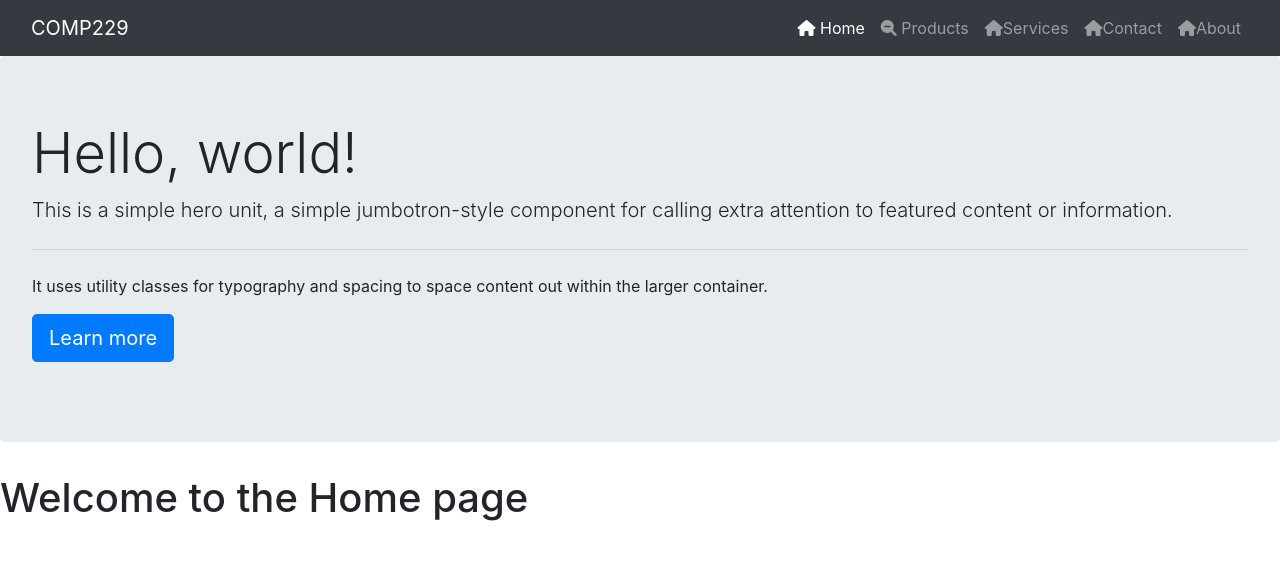
Repository: arsh16/week3_demo2
Page: http://localhost/
The author's editor kept a copy of each file at every save. The page is drawn from the files as they stood at one save, then again after the next save.
The browser window is 1280 px wide. The pictures show the whole page.
Some web libraries are served in a nearby version. The page is served by the project's Node server (server.js).

Above is the page before, as saved 2021-09-30 11:39:49.

After the next save:
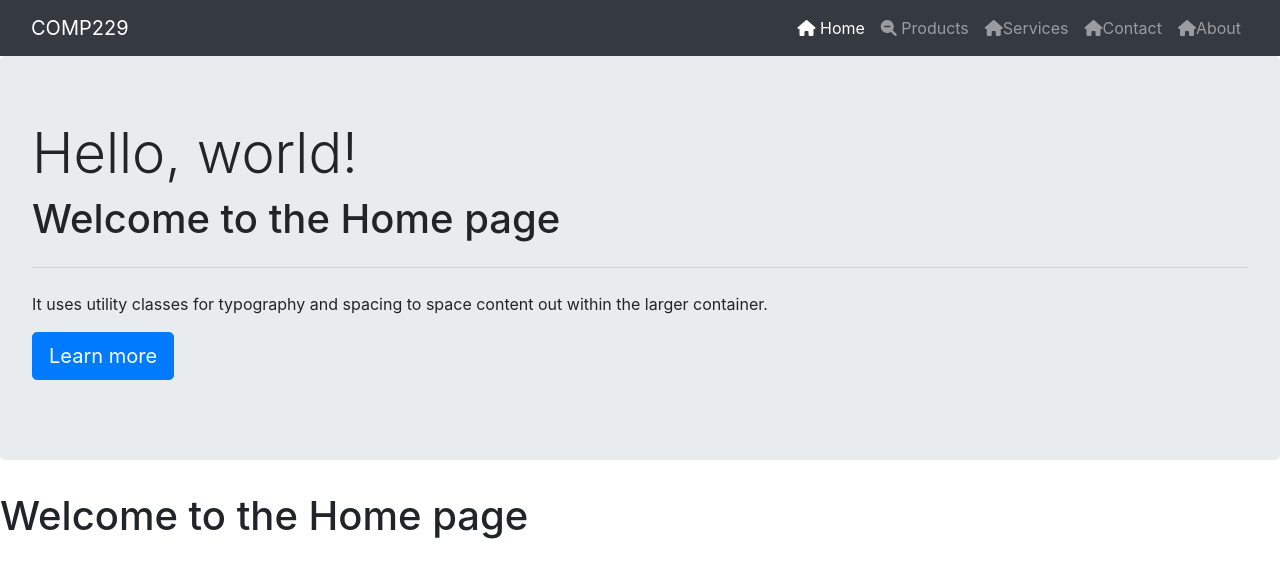
Saved 31 s later.
--- a/views/index.ejs
+++ b/views/index.ejs
@@ -62,7 +62,7 @@
 
   <main><div class="jumbotron">
     <h1 class="display-4">Hello, world!</h1>
-    <p class="lead">This is a simple hero unit, a simple jumbotron-style component for calling extra attention to featured content or information.</p>
+    <h1>Welcome to the <%= title %> page</h1>
     <hr class="my-4">
     <p>It uses utility classes for typography and spacing to space content out within the larger container.</p>
     <p class="lead">
